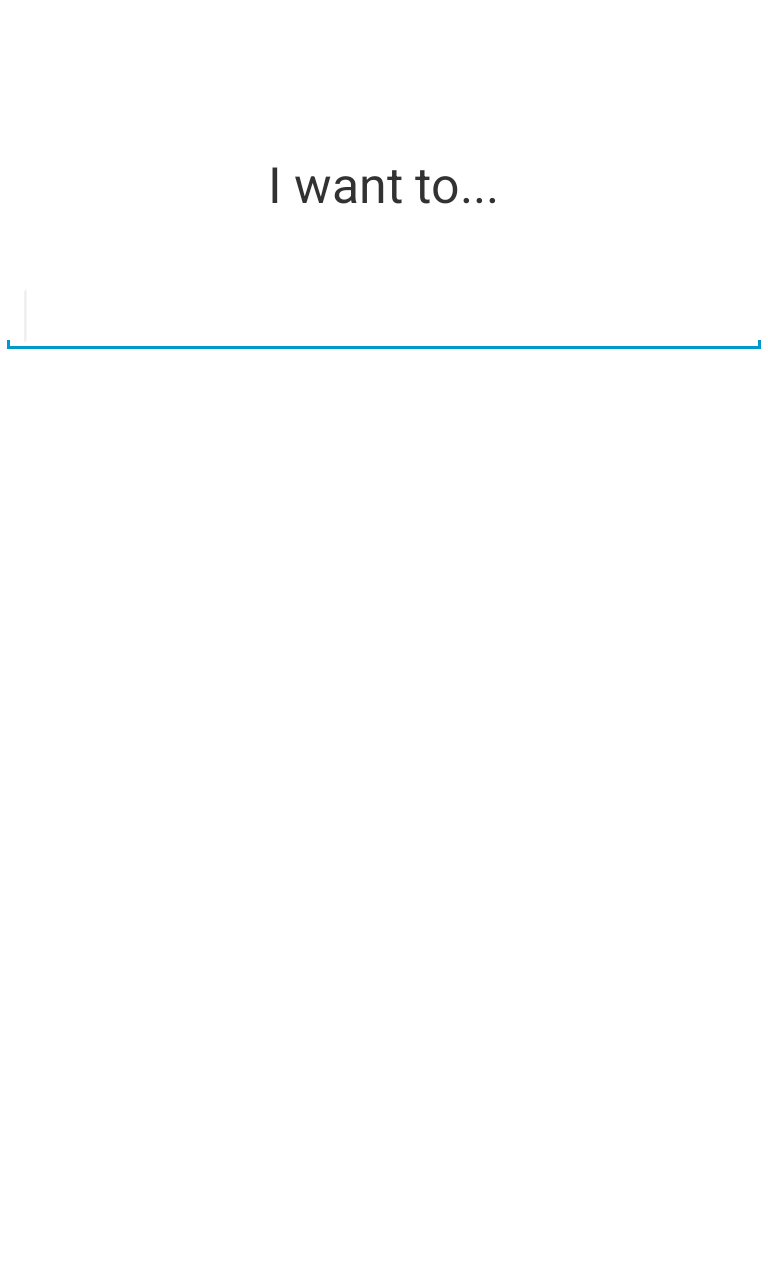
Repository: sbobra/women-startupweekend-sf
Layout: LaundryList/res/layout/activity_goal1.xml
These files come from the project's save history. The layout is drawn as it stood at one moment and after the next save; the edit follows.
It is drawn on a 768 x 1280 px phone screen (xhdpi) without system bars, with theme AppTheme; the app's code is not run.

Above is the layout before, as saved 2013-09-15 04:13:52.

### LaundryList/res/layout/activity_goal1.xml
<LinearLayout xmlns:android="http://schemas.android.com/apk/res/android"
    xmlns:tools="http://schemas.android.com/tools"
    android:layout_width="match_parent"
    android:layout_height="match_parent"
    android:layout_gravity="center"
    android:orientation="vertical" >

    <TextView
        android:id="@+id/welcomeText"
        android:layout_width="wrap_content"
        android:layout_height="wrap_content"
        android:layout_gravity="center"
        android:layout_marginTop="75dp"
        android:text="I want to..."
        android:textSize="25sp" />

    <EditText
            android:id="@+id/usernameTextBox"
            android:layout_width="wrap_content"
            android:layout_height="wrap_content"
            android:layout_marginTop="30dp"
            android:ems="30"
            android:inputType="textEmailAddress" >

            <requestFocus />
        </EditText>


</LinearLayout>

Loaded but not shown: LaundryList/res/values/styles.xml (common file); LaundryList/res/values-v11/styles.xml (common file); LaundryList/res/values-v14/styles.xml (common file)

After the next save:
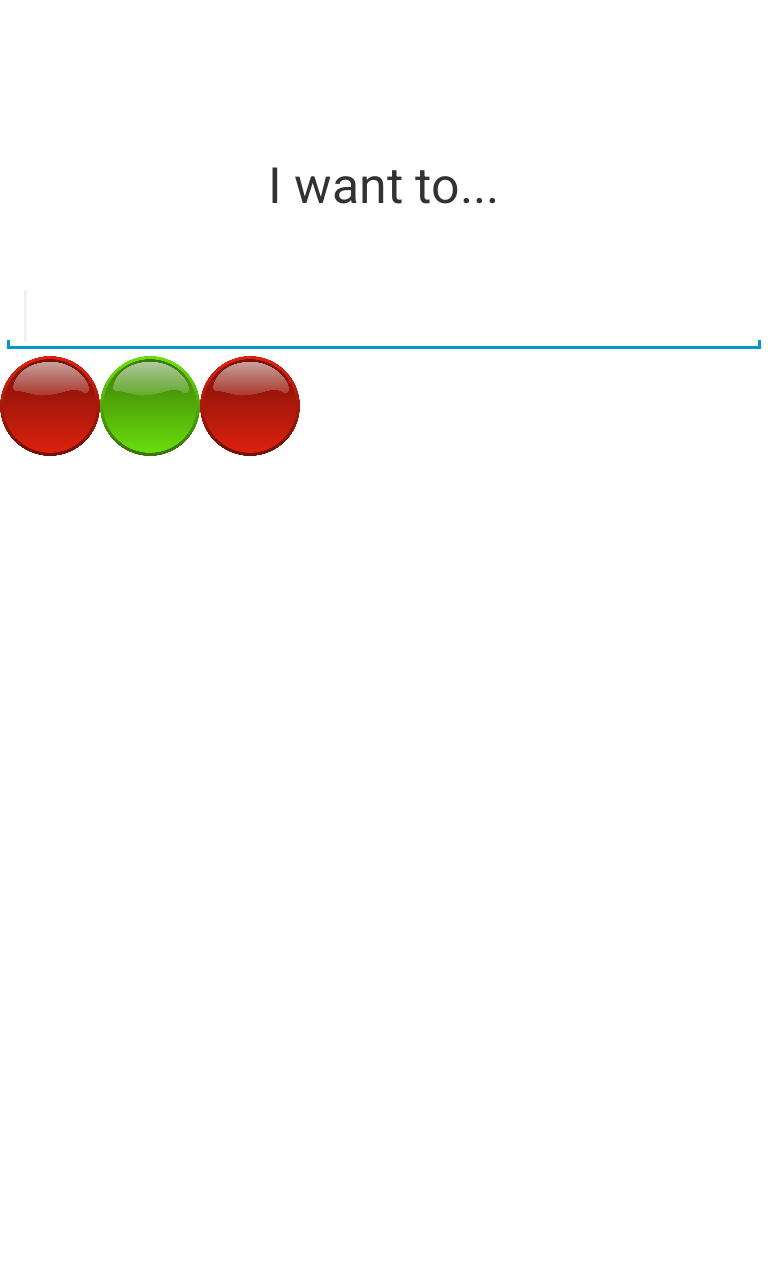
Saved 32 s later.
--- a/LaundryList/res/layout/activity_goal1.xml
+++ b/LaundryList/res/layout/activity_goal1.xml
@@ -25,5 +25,29 @@
             <requestFocus />
         </EditText>
 
+    <LinearLayout
+            android:layout_width="wrap_content"
+            android:layout_height="wrap_content"
+            android:layout_centerHorizontal="true"
+            android:orientation="horizontal" >
+
+            <ImageView
+                android:id="@+id/imageView1"
+                android:layout_width="50dp"
+                android:layout_height="50dp"
+                android:src="@drawable/redbutton" />
+
+            <ImageView
+                android:id="@+id/imageView2"
+                android:layout_width="50dp"
+                android:layout_height="50dp"
+                android:src="@drawable/greenbutton" />
+
+            <ImageView
+                android:id="@+id/imageView3"
+                android:layout_width="50dp"
+                android:layout_height="50dp"
+                android:src="@drawable/redbutton" />
+        </LinearLayout>
 
 </LinearLayout>
